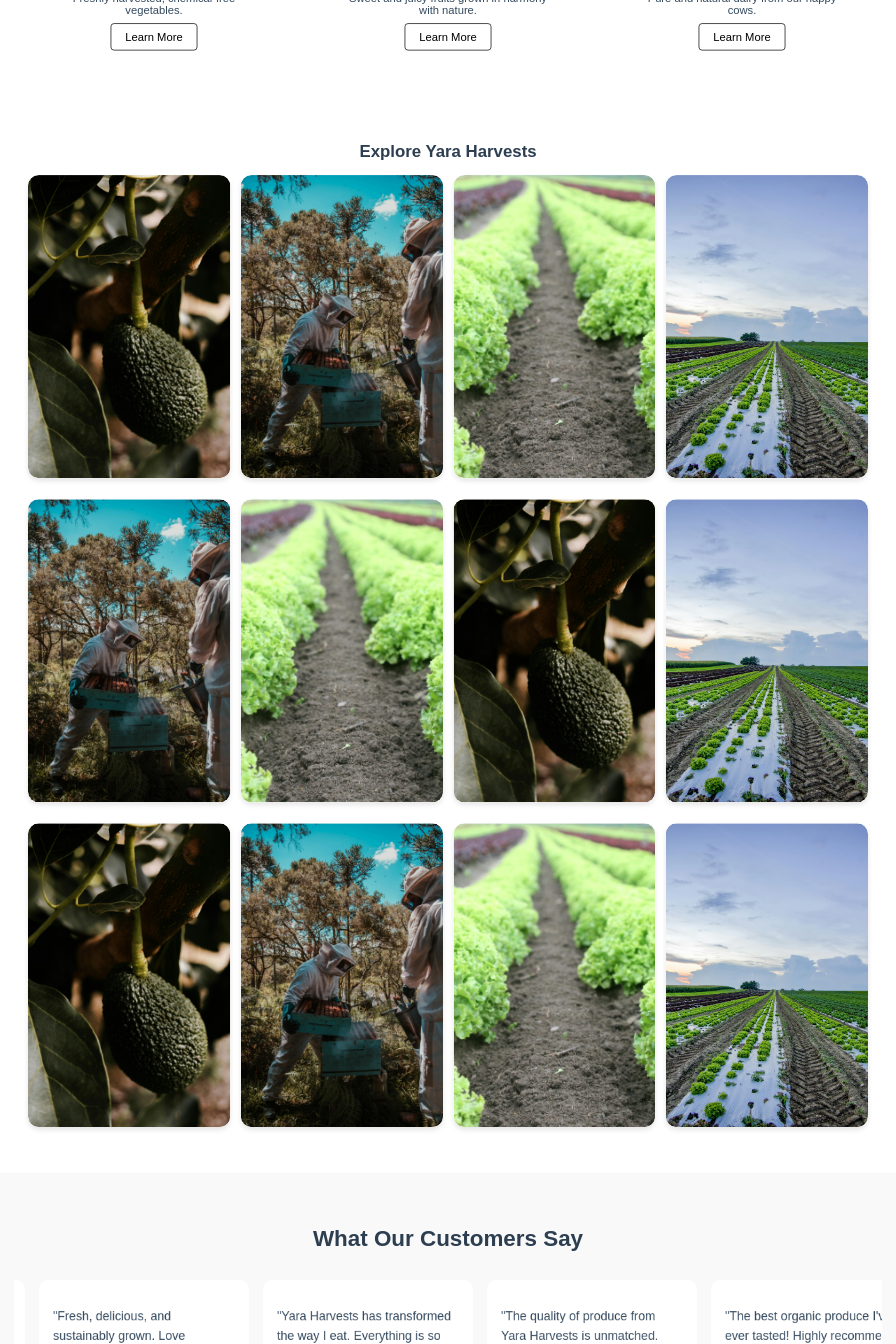
Repository: Kanyi-Manyara/yara-farm
Page: index.html
These files come from the project's save history. The page is drawn as it stood at one moment and after the next save; the edit follows.
The browser window is 1280 px wide. The pictures show the part of the page from y = 1243 to 3163 px (the page is 4171 px tall before and 3821 px after), at 70% of full size.
Pictures or frames that could not be fetched are drawn as grey boxes.

Above is the page before, as saved 2025-05-09 20:33:25.

After the next save:
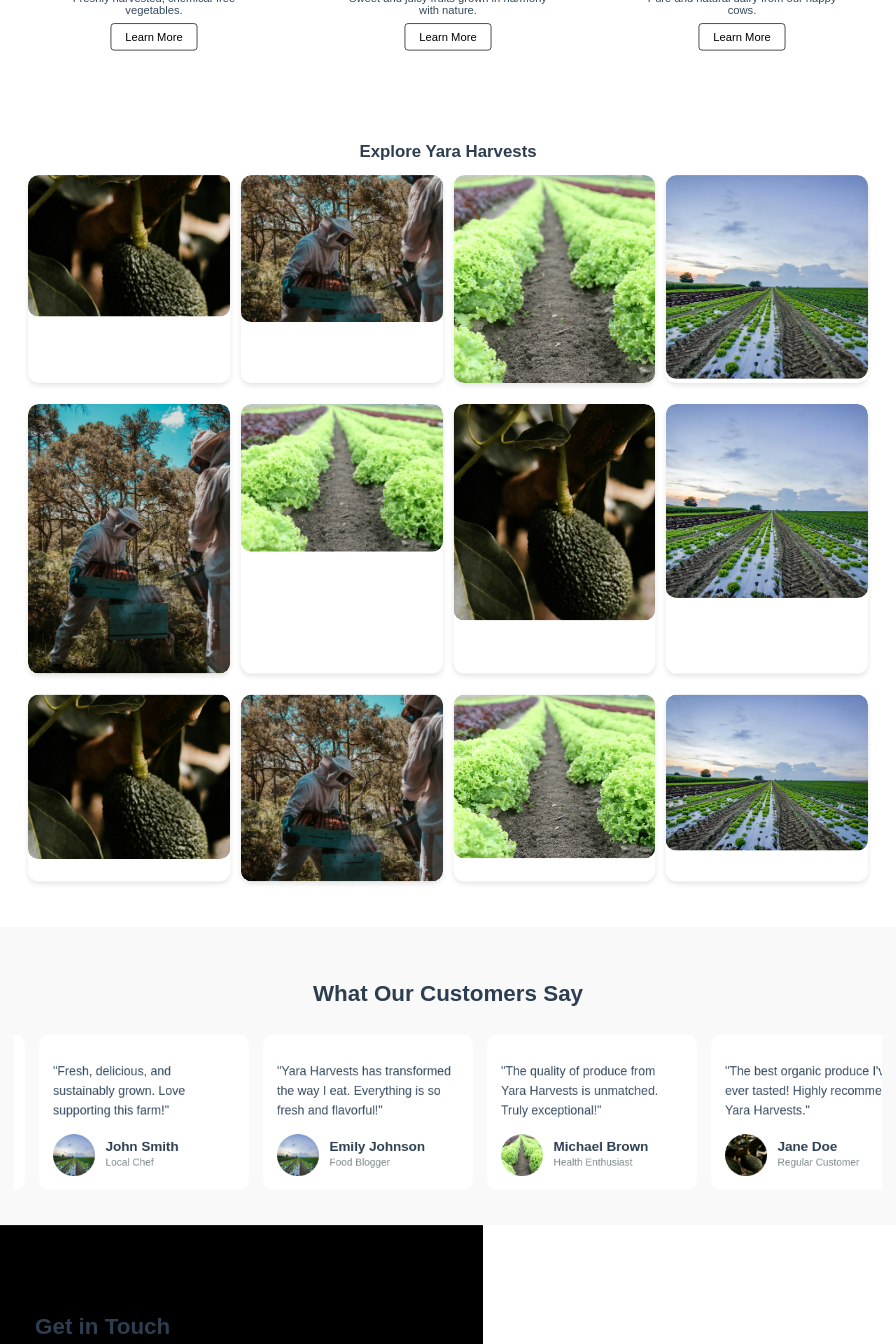
Saved 35 s later.
--- a/script.js
+++ b/script.js
@@ -220,3 +220,79 @@ carouselTrack.addEventListener('mouseenter', () => {
 carouselTrack.addEventListener('mouseleave', () => {
   startAutoScroll();
 });
+
+// Enhanced Pinterest-style Gallery with Lightbox
+document.addEventListener('DOMContentLoaded', () => {
+  // Initialize gallery items after page load
+  initGallery();
+});
+
+function initGallery() {
+  const galleryItems = document.querySelectorAll('.gallery-item');
+
+  // Add event listeners for lightbox
+  galleryItems.forEach(item => {
+    // Add both click and touch event listeners
+    item.addEventListener('click', handleLightbox);
+    item.addEventListener('touchend', handleLightbox);
+
+    // Add loading="lazy" attribute to images for better performance
+    const img = item.querySelector('img');
+    if (img) {
+      img.setAttribute('loading', 'lazy');
+    }
+  });
+
+  // Apply random heights to images for Pinterest-like variation
+  applyRandomHeights();
+}
+
+function applyRandomHeights() {
+  const galleryItems = document.querySelectorAll('.gallery-item img');
+
+  galleryItems.forEach(img => {
+    // Set a random height between 200px and 400px for variety
+    // This simulates the Pinterest-style varied image heights
+    const randomHeight = Math.floor(Math.random() * (400 - 200) + 200);
+    img.style.height = `${randomHeight}px`;
+    img.style.objectFit = 'cover';
+  });
+}
+
+function handleLightbox(e) {
+  // Prevent default behavior for touch events
+  if (e.type === 'touchend') {
+    e.preventDefault();
+  }
+
+  const imgSrc = this.querySelector('img').src;
+  const lightbox = document.createElement('div');
+  lightbox.style.position = 'fixed';
+  lightbox.style.top = '0';
+  lightbox.style.left = '0';
+  lightbox.style.width = '100%';
+  lightbox.style.height = '100%';
+  lightbox.style.backgroundColor = 'rgba(0, 0, 0, 0.8)';
+  lightbox.style.display = 'flex';
+  lightbox.style.justifyContent = 'center';
+  lightbox.style.alignItems = 'center';
+  lightbox.style.zIndex = '1000';
+
+  const lightboxImg = document.createElement('img');
+  lightboxImg.src = imgSrc;
+  lightboxImg.style.maxWidth = '90%';
+  lightboxImg.style.maxHeight = '90%';
+  lightboxImg.style.borderRadius = '15px';
+  lightboxImg.style.objectFit = 'contain'; // Show entire image in lightbox
+
+  lightbox.appendChild(lightboxImg);
+  document.body.appendChild(lightbox);
+
+  // Close on both click and touch
+  lightbox.addEventListener('click', () => {
+    document.body.removeChild(lightbox);
+  });
+  lightbox.addEventListener('touchend', () => {
+    document.body.removeChild(lightbox);
+  });
+}

After the save that followed:
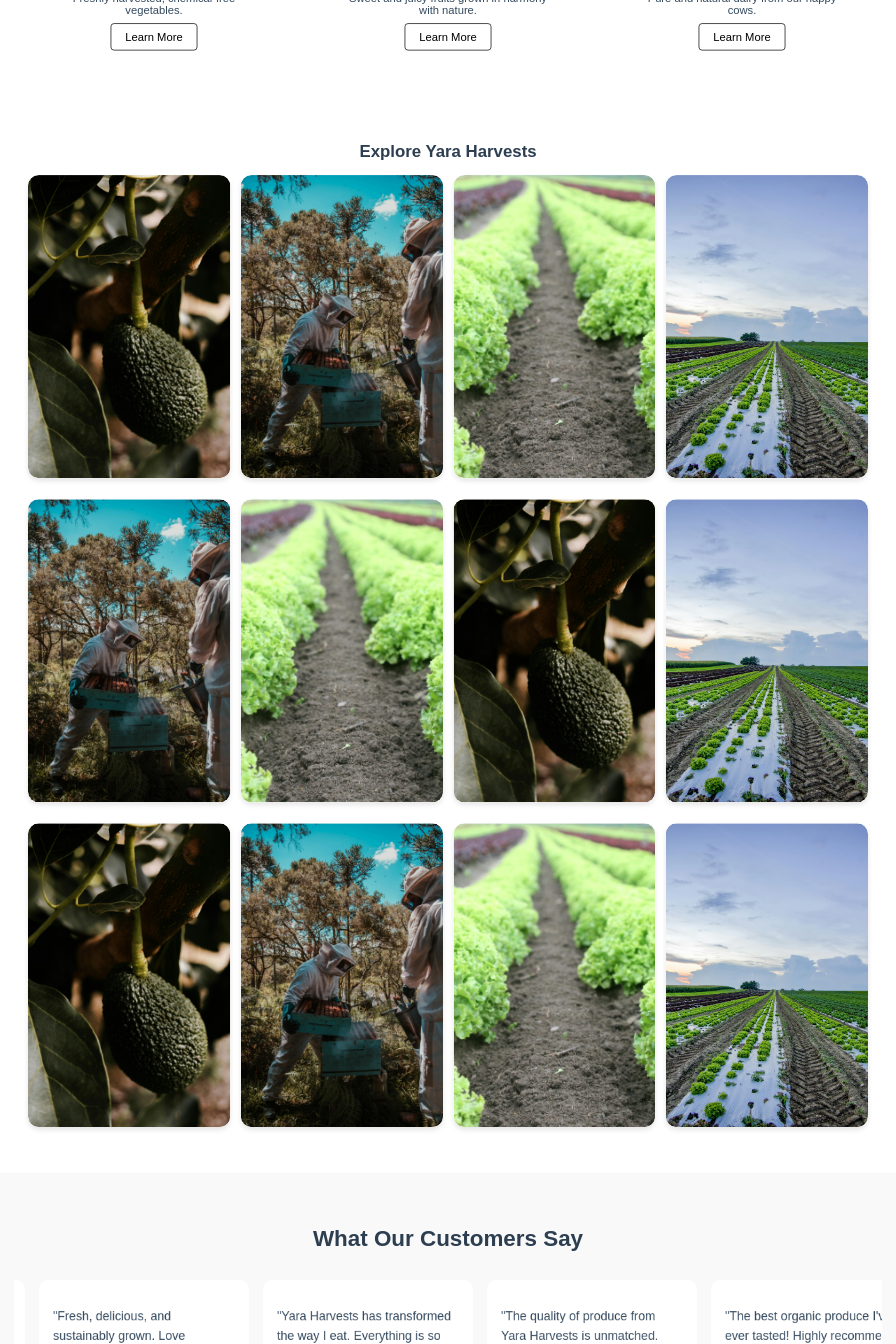
Saved 12 min 55 s later.
--- a/script.js
+++ b/script.js
@@ -220,79 +220,3 @@ carouselTrack.addEventListener('mouseenter', () => {
 carouselTrack.addEventListener('mouseleave', () => {
   startAutoScroll();
 });
-
-// Enhanced Pinterest-style Gallery with Lightbox
-document.addEventListener('DOMContentLoaded', () => {
-  // Initialize gallery items after page load
-  initGallery();
-});
-
-function initGallery() {
-  const galleryItems = document.querySelectorAll('.gallery-item');
-
-  // Add event listeners for lightbox
-  galleryItems.forEach(item => {
-    // Add both click and touch event listeners
-    item.addEventListener('click', handleLightbox);
-    item.addEventListener('touchend', handleLightbox);
-
-    // Add loading="lazy" attribute to images for better performance
-    const img = item.querySelector('img');
-    if (img) {
-      img.setAttribute('loading', 'lazy');
-    }
-  });
-
-  // Apply random heights to images for Pinterest-like variation
-  applyRandomHeights();
-}
-
-function applyRandomHeights() {
-  const galleryItems = document.querySelectorAll('.gallery-item img');
-
-  galleryItems.forEach(img => {
-    // Set a random height between 200px and 400px for variety
-    // This simulates the Pinterest-style varied image heights
-    const randomHeight = Math.floor(Math.random() * (400 - 200) + 200);
-    img.style.height = `${randomHeight}px`;
-    img.style.objectFit = 'cover';
-  });
-}
-
-function handleLightbox(e) {
-  // Prevent default behavior for touch events
-  if (e.type === 'touchend') {
-    e.preventDefault();
-  }
-
-  const imgSrc = this.querySelector('img').src;
-  const lightbox = document.createElement('div');
-  lightbox.style.position = 'fixed';
-  lightbox.style.top = '0';
-  lightbox.style.left = '0';
-  lightbox.style.width = '100%';
-  lightbox.style.height = '100%';
-  lightbox.style.backgroundColor = 'rgba(0, 0, 0, 0.8)';
-  lightbox.style.display = 'flex';
-  lightbox.style.justifyContent = 'center';
-  lightbox.style.alignItems = 'center';
-  lightbox.style.zIndex = '1000';
-
-  const lightboxImg = document.createElement('img');
-  lightboxImg.src = imgSrc;
-  lightboxImg.style.maxWidth = '90%';
-  lightboxImg.style.maxHeight = '90%';
-  lightboxImg.style.borderRadius = '15px';
-  lightboxImg.style.objectFit = 'contain'; // Show entire image in lightbox
-
-  lightbox.appendChild(lightboxImg);
-  document.body.appendChild(lightbox);
-
-  // Close on both click and touch
-  lightbox.addEventListener('click', () => {
-    document.body.removeChild(lightbox);
-  });
-  lightbox.addEventListener('touchend', () => {
-    document.body.removeChild(lightbox);
-  });
-}
